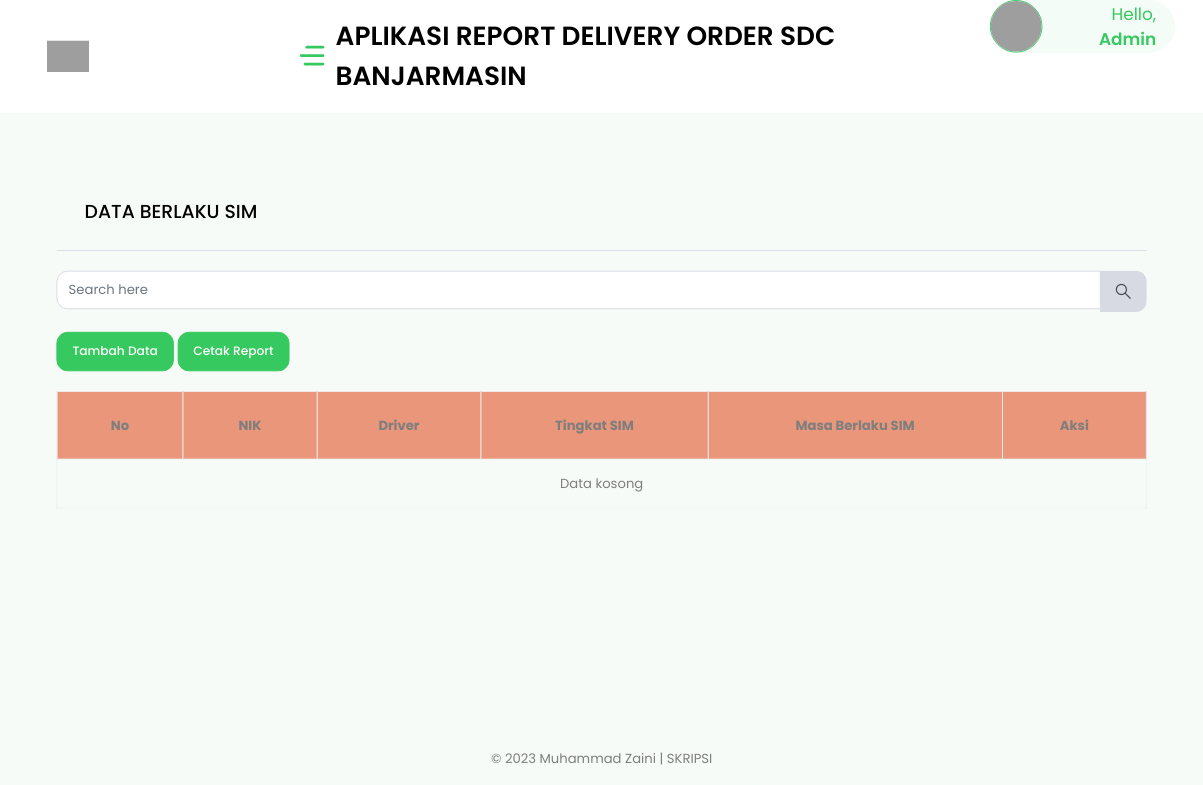
Repository: muhammadzainiy31/skripsi
Page: http://localhost/lap_berlaku_sim/index.php
An editor plug-in stored every save of this project. The page is shown before and after a run of saves, followed by the edit.
The browser window is 1280 px wide. The pictures show the whole page, at 94% of full size.
Pictures or frames that could not be fetched are drawn as grey boxes. The page is run by PHP 8.4 with error messages shown; the project is at /var/www/html/. The database holds what the project's SQL file puts in it. Queries for data that is not in the repository find no rows.

Above is the page before, as saved 2023-07-01 22:05:47.

After the next 2 saves:
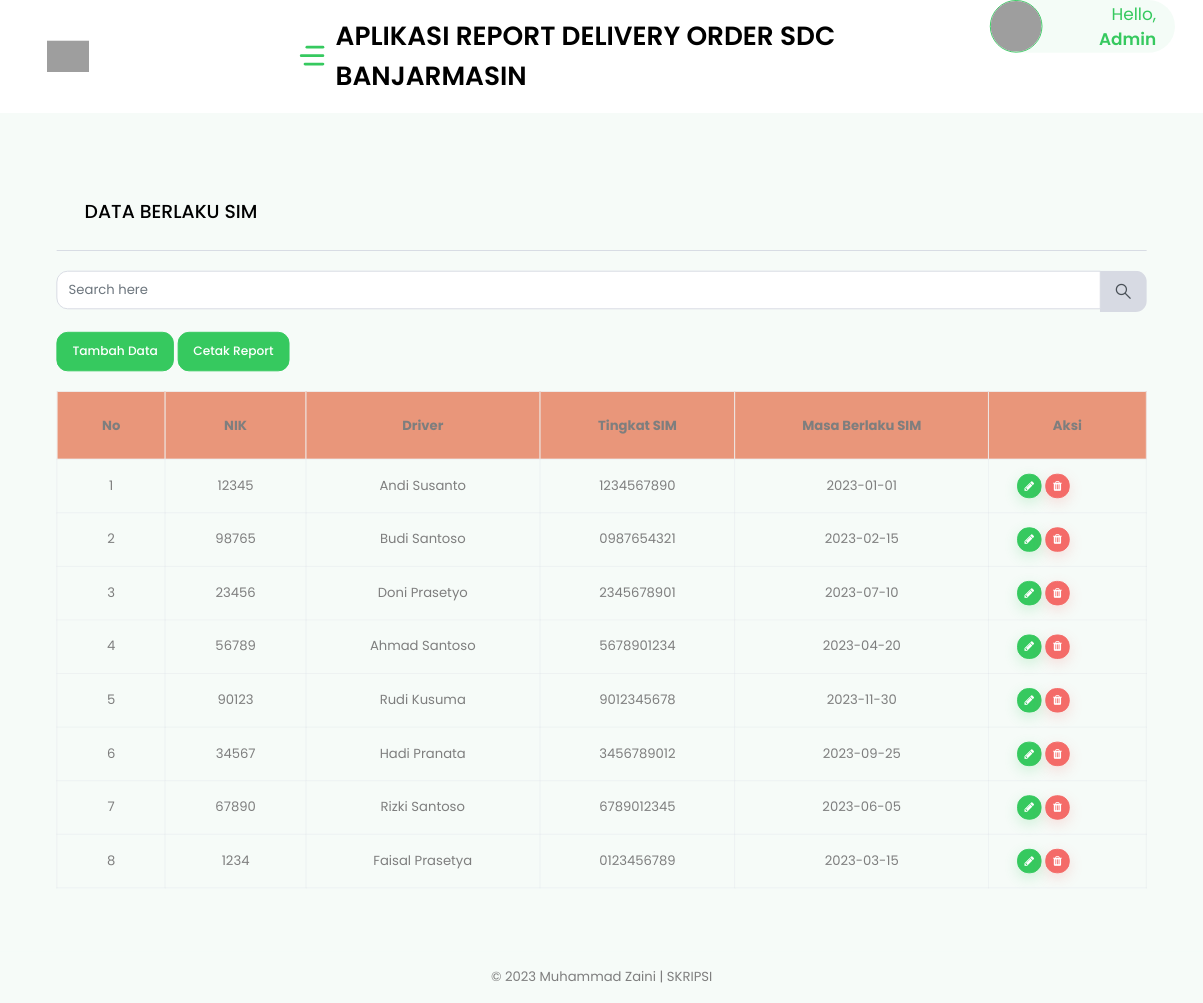
The 2 saves are shown as one change because they came seconds apart.
The last was saved 7 s later.
--- a/lap_berlaku_sim/index.php
+++ b/lap_berlaku_sim/index.php
@@ -61,7 +61,7 @@
             <?php
             include'../koneksi.php';
             $no =1;
-            $tampil = mysqli_query ($conn, "SELECT * FROM tb_bdriver");
+            $tampil = mysqli_query ($conn, "SELECT * FROM tb_driver");
             if (mysqli_num_rows ($tampil)>0) {
               while($hasil = mysqli_fetch_array($tampil)){
 
